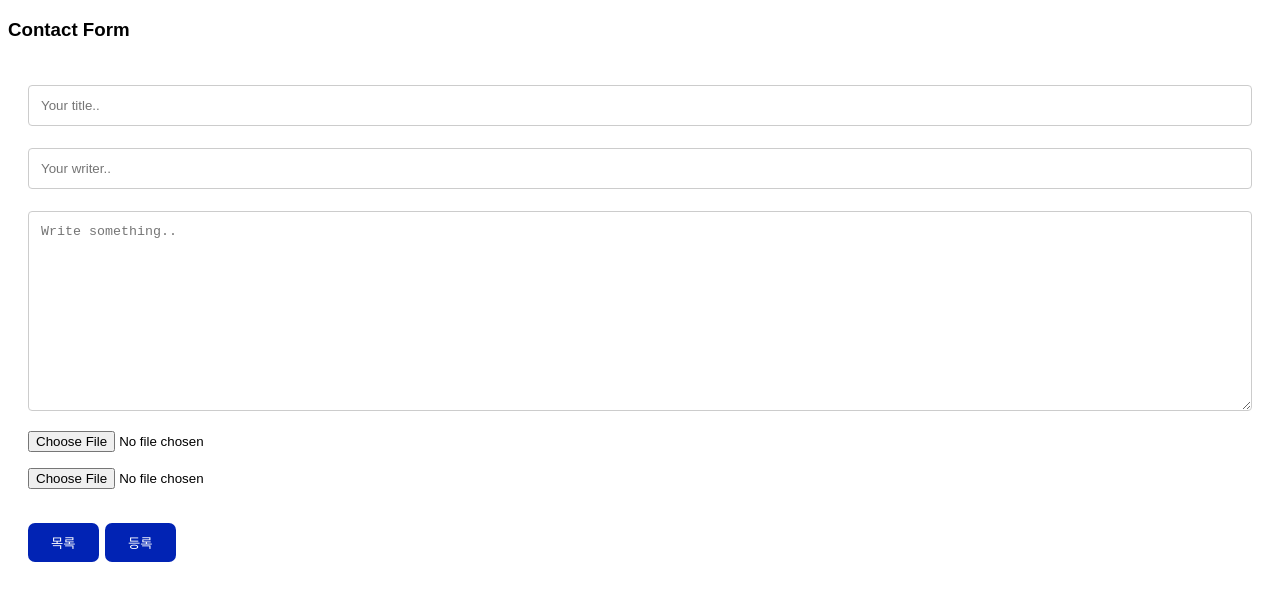
Repository: darae729/Project_shop
Page: http://localhost/SpringApp/gallery/registform
An editor plug-in stored every save of this project. The page is shown before and after the next save, followed by the edit.
The browser window is 1280 px wide. The pictures show the whole page.
The page is served by Tomcat 9.

Above is the page before, as saved 2023-09-06 05:26:38.

After the next save:
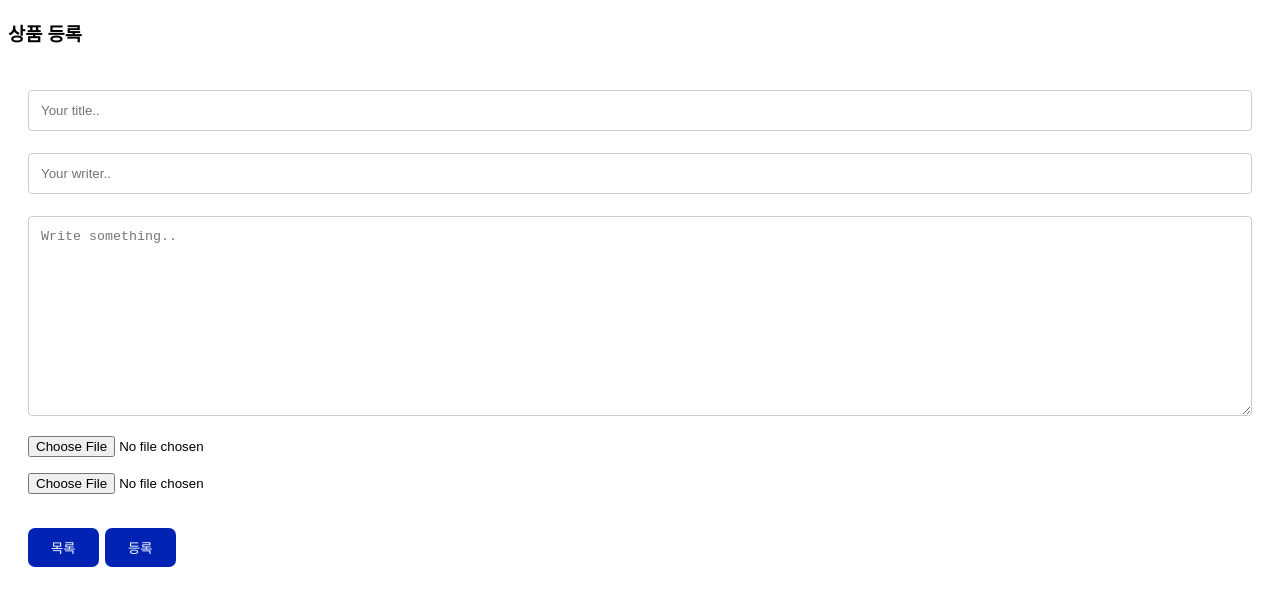
Saved 6 s later.
--- a/SpringApp/src/main/webapp/WEB-INF/views/gallery/regist.jsp
+++ b/SpringApp/src/main/webapp/WEB-INF/views/gallery/regist.jsp
@@ -51,7 +51,7 @@ $(function() {
 </head>
 <body>
 
-<h3>Contact Form</h3>
+<h3>상품 등록</h3>
 
 <div class="container">
   <form>
